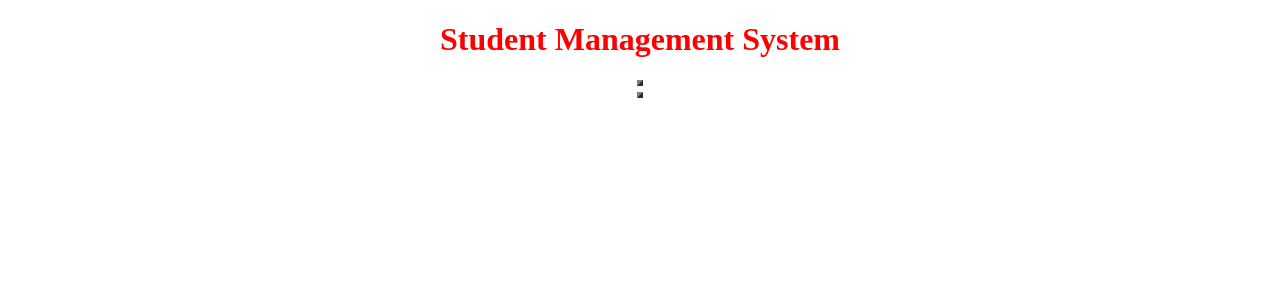
Repository: Aviligonda/Servlet_Programs
Page: http://localhost/StudentManagementSystem/viewStudent.jsp
These files come from the project's save history. The page is drawn as it stood at one moment and after a run of saves; the edit follows.
The browser window is 1280 px wide. The pictures show the whole page.
The page is served by Tomcat 9. Queries for data that is not in the repository find no rows.

Above is the page before, as saved 2024-11-24 15:09:41.

### StudentManagementSystem/src/main/webapp/viewStudent.jsp
<%@page import="java.sql.ResultSet"%>
<%@page import="java.sql.Statement"%>
<%@page import="java.sql.DriverManager"%>
<%@page import="java.sql.Connection"%>
<%@ page language="java" contentType="text/html; charset=UTF-8"
	pageEncoding="UTF-8"%>
	<%@ include file="header.jsp" %>
<!DOCTYPE html>
<html>
<head>
<meta charset="UTF-8">
<title>View All Students</title>
</head>
<body>
	<%
	Class.forName("com.mysql.jdbc.Driver");
	Connection connection =DriverManager.getConnection("jdbc:mysql://localhost:3306/logindb","root","123");
	Statement statement = connection.createStatement();
	ResultSet resultSet = statement.executeQuery("select * from sms");
	out.print("<table border='3' align='center' cellspacing='1' cellpadding='15'>");
	out.print("<table><tr><th></th><th></th><th></th><th></th></tr>");
	while(resultSet.next()){
		out.println(resultSet.getString(1)+"\n "+resultSet.getString(2)+" "+resultSet.getString(3)+" "+resultSet.getString(4));
		out.println("\n");
	}

	out.print("<table border='3' align='center' cellspacing='1' cellpadding='15'>");
	%>
</body>
</html>

### StudentManagementSystem/src/main/webapp/header.jsp
<%@ page language="java" contentType="text/html; charset=UTF-8"
    pageEncoding="UTF-8"%>
<!DOCTYPE html>
<html>
<head>
<meta charset="UTF-8">
<title>Insert title here</title>
</head>
<body>

<h1 style="color:red;text-align:center "> <b>Student Management System</b></h1>


</body>
</html>

After the next 2 saves:
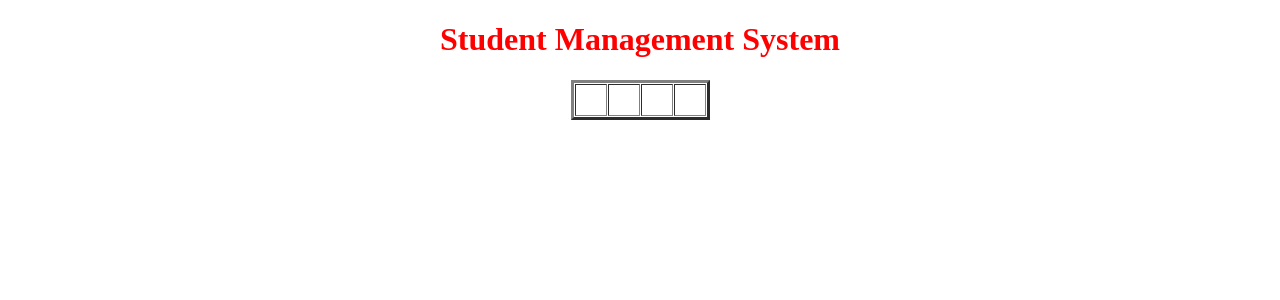
The 2 saves are shown as one change because they came seconds apart.
The last was saved 9 s later.
--- a/StudentManagementSystem/src/main/webapp/viewStudent.jsp
+++ b/StudentManagementSystem/src/main/webapp/viewStudent.jsp
@@ -18,13 +18,12 @@
 	Statement statement = connection.createStatement();
 	ResultSet resultSet = statement.executeQuery("select * from sms");
 	out.print("<table border='3' align='center' cellspacing='1' cellpadding='15'>");
-	out.print("<table><tr><th></th><th></th><th></th><th></th></tr>");
+	out.print("<tr><th></th><th></th><th></th><th></th></tr>");
 	while(resultSet.next()){
 		out.println(resultSet.getString(1)+"\n "+resultSet.getString(2)+" "+resultSet.getString(3)+" "+resultSet.getString(4));
 		out.println("\n");
 	}
 
-	out.print("<table border='3' align='center' cellspacing='1' cellpadding='15'>");
 	%>
 </body>
 </html>
